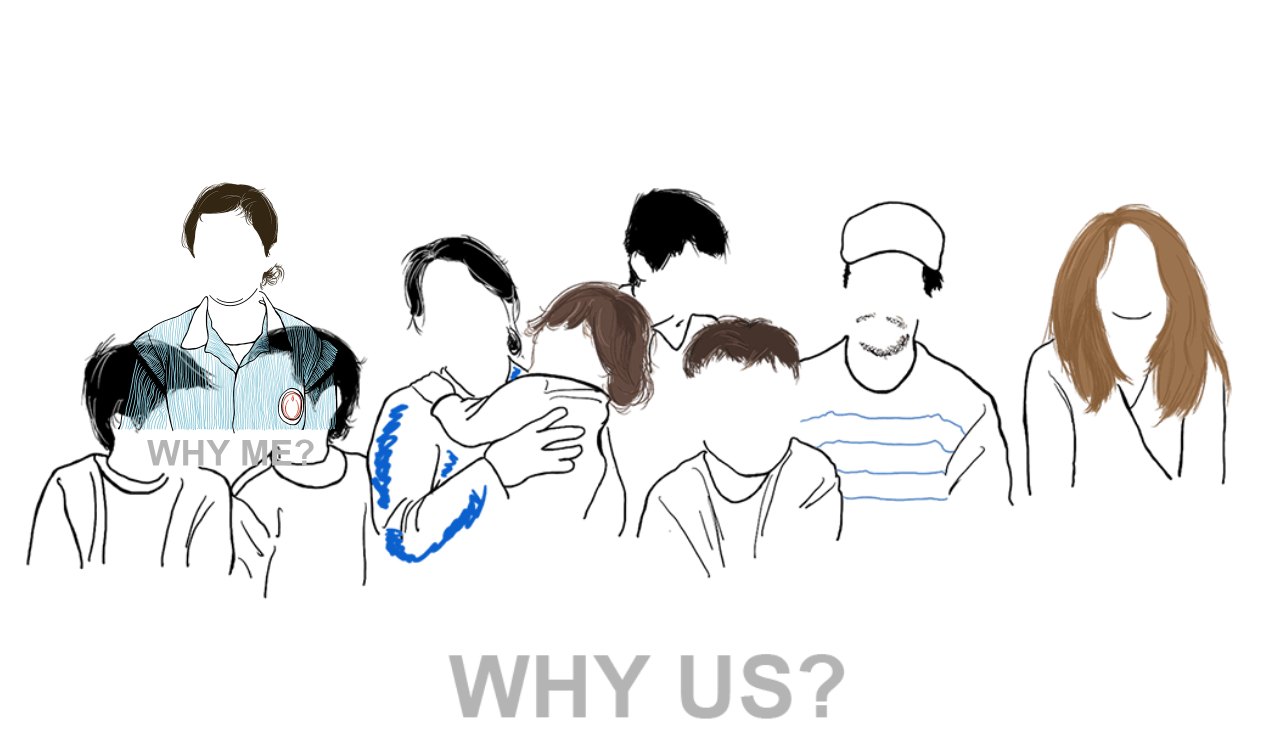
Repository: Lettie123/webpr4
Page: 04.html
An editor plug-in stored every save of this project. The page is shown before and after the next save, followed by the edit.
The browser window is 1280 px wide. The pictures show the whole page.

Above is the page before, as saved 2020-11-23 23:52:19.

After the next save:
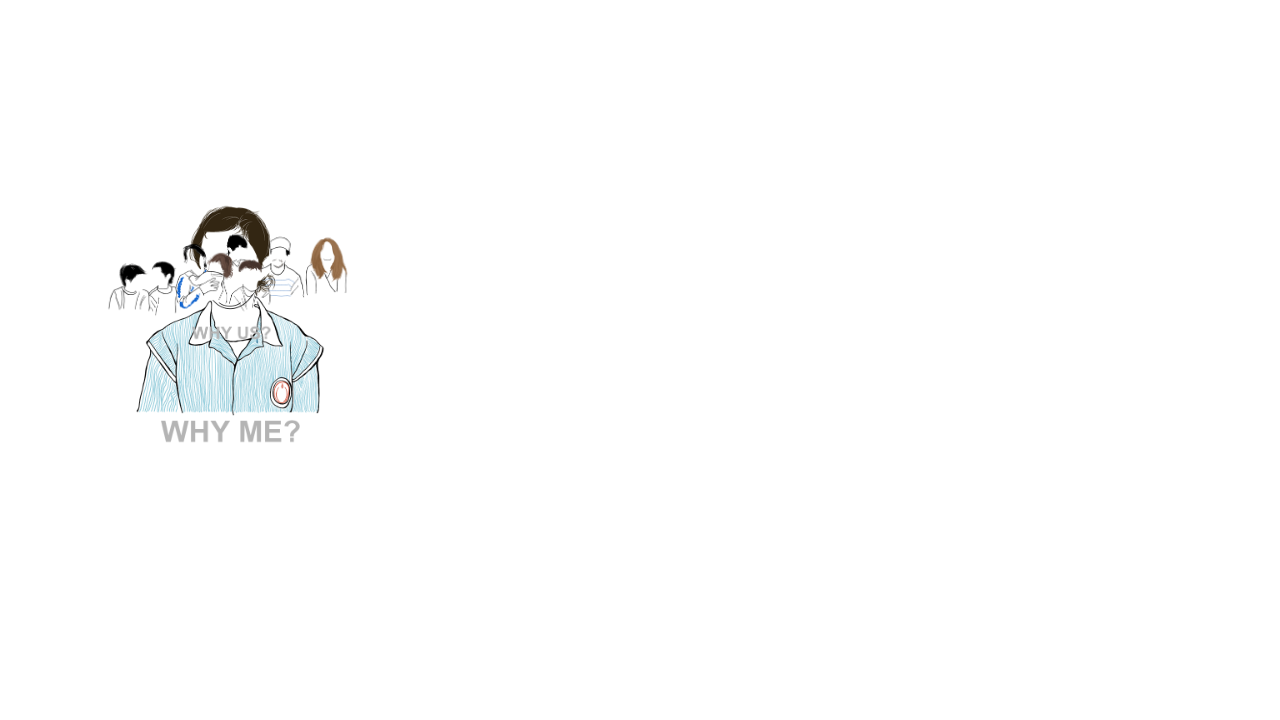
Saved 20 s later.
--- a/style05.css
+++ b/style05.css
@@ -5,11 +5,20 @@ body {
 }
 
 #r01{
-    width: 300px;
-    height: 300px;
+    width: 250px;
+    height: 250px;
 	position: absolute;
 	left: 18%;
 	top: 45%;
     transform: translate(-50%,-50%);
     color: #B4B4B4;
 }
+#r02{
+    width: 250px;
+    height: 250px;
+	position: absolute;
+	left: 18%;
+	top: 45%;
+    transform: translate(-50%,-50%);
+    color: #B4B4B4;
+}
